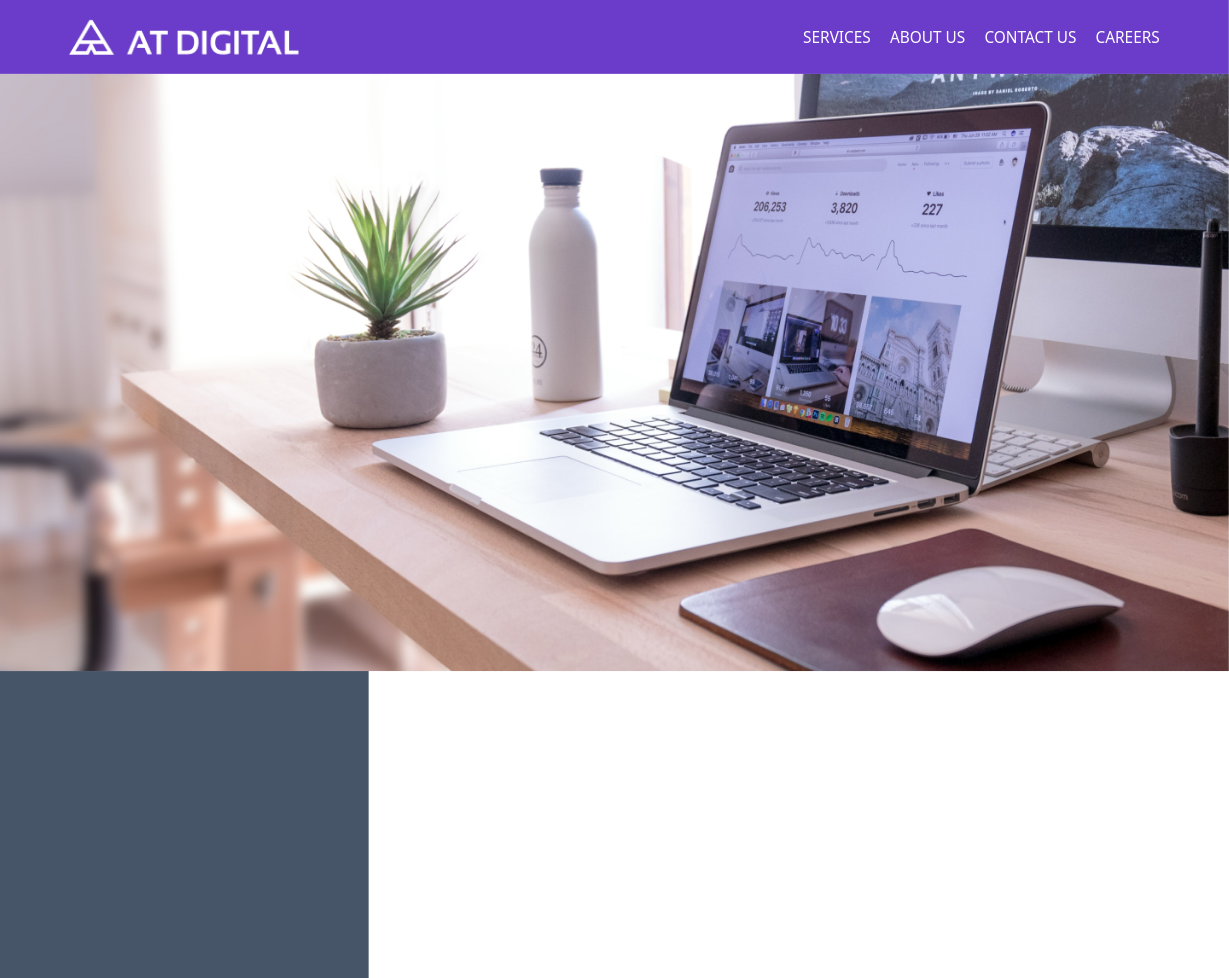
Repository: Milith97/AT-Digital-Website
Page: /
The author's editor kept a copy of each file at every save. The page is drawn from the files as they stood at one save, then again after the next save.
The browser window is 1280 px wide. The pictures show the whole page, at 96% of full size.
The project was rebuilt for these pictures with package versions that can differ from the ones it lists, and the page was loaded fresh each time. Also part of the build but not shown: vite.config.js.

Above is the page before, as saved 2024-04-06 19:20:28.

After the next save:
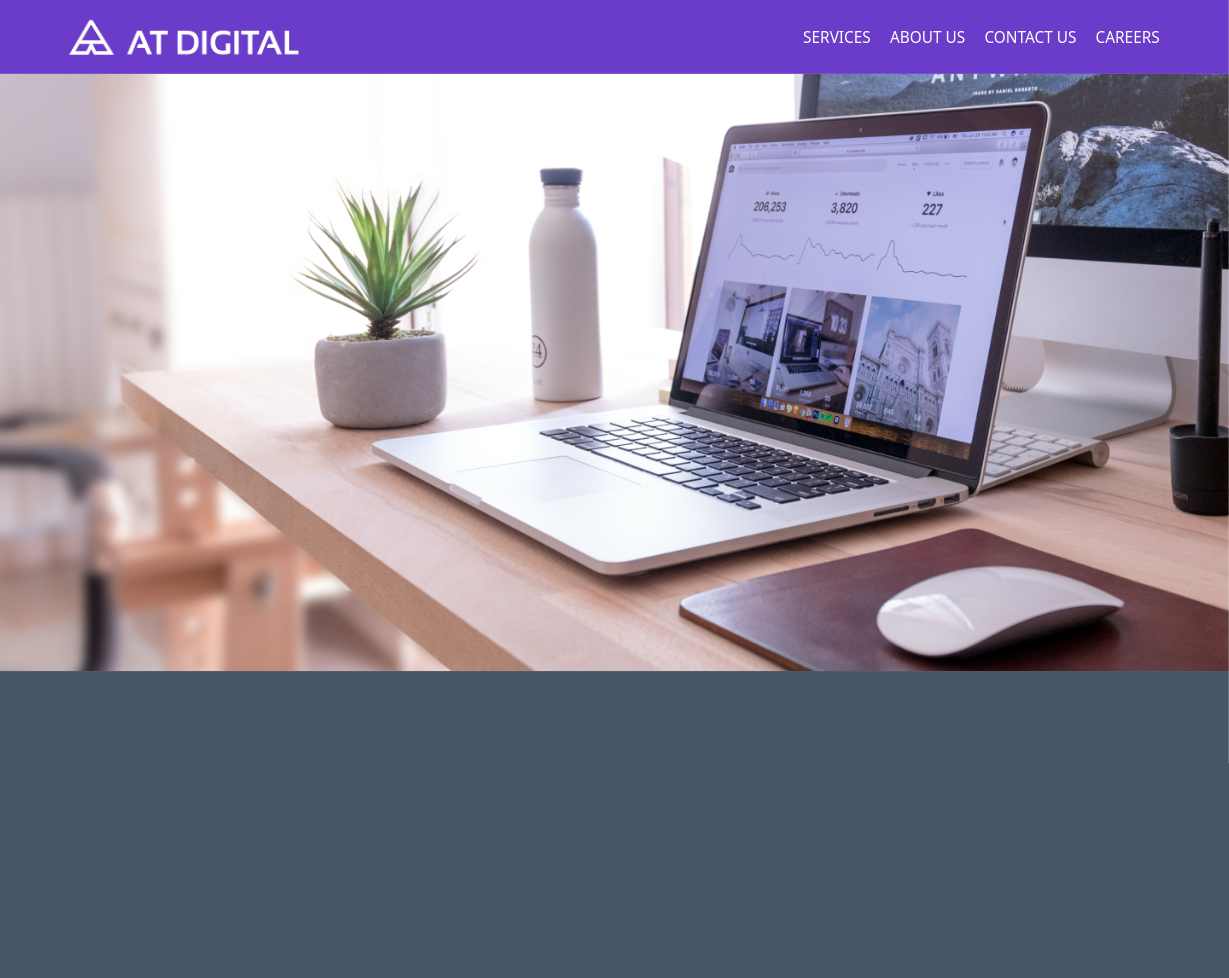
Saved 17 s later.
--- a/src/Components/HomePage.jsx
+++ b/src/Components/HomePage.jsx
@@ -5,7 +5,7 @@ const HomePage = () => {
     return (
         <div>
             <img src={backgroundImage} alt="Home Image" />
-            <div className='h-80 w-96 bg-slate-600 '>
+            <div className='h-80 min-w-fit bg-slate-600 '>
 
             </div>
         </div>
